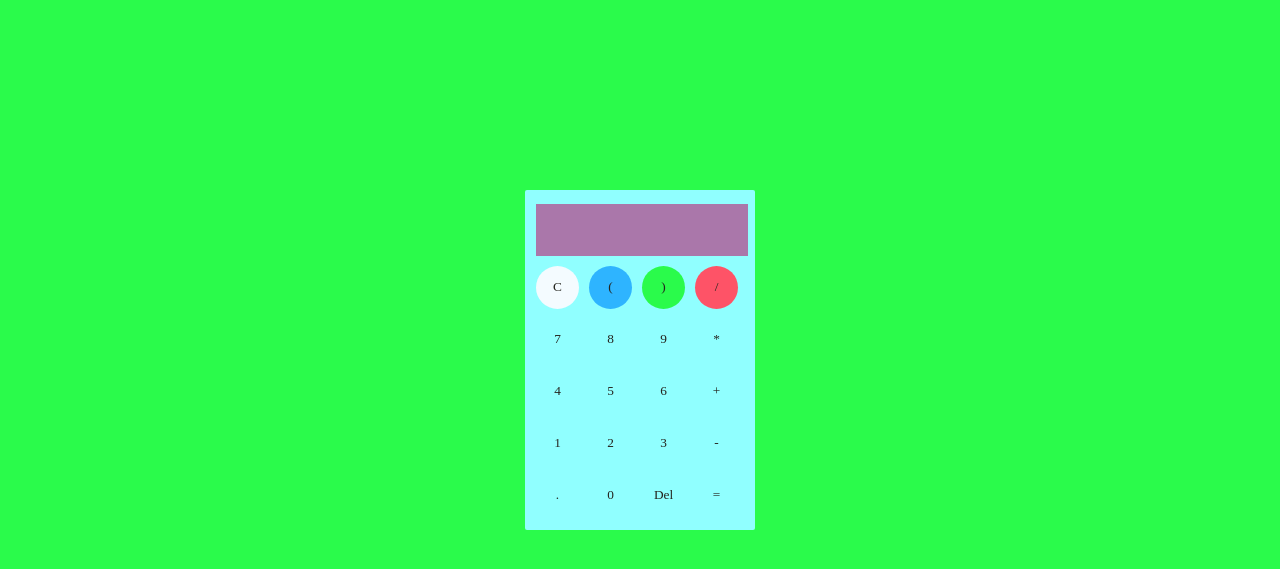
Repository: ServerK001/CalcJsVanilha
Page: index.html
An editor plug-in stored every save of this project. The page is shown before and after the next save, followed by the edit.
The browser window is 1280 px wide. The pictures show the whole page.
Some web fonts or font styles are not loaded; a fallback is used.

Above is the page before, as saved 2022-02-14 22:01:54.

After the next save:
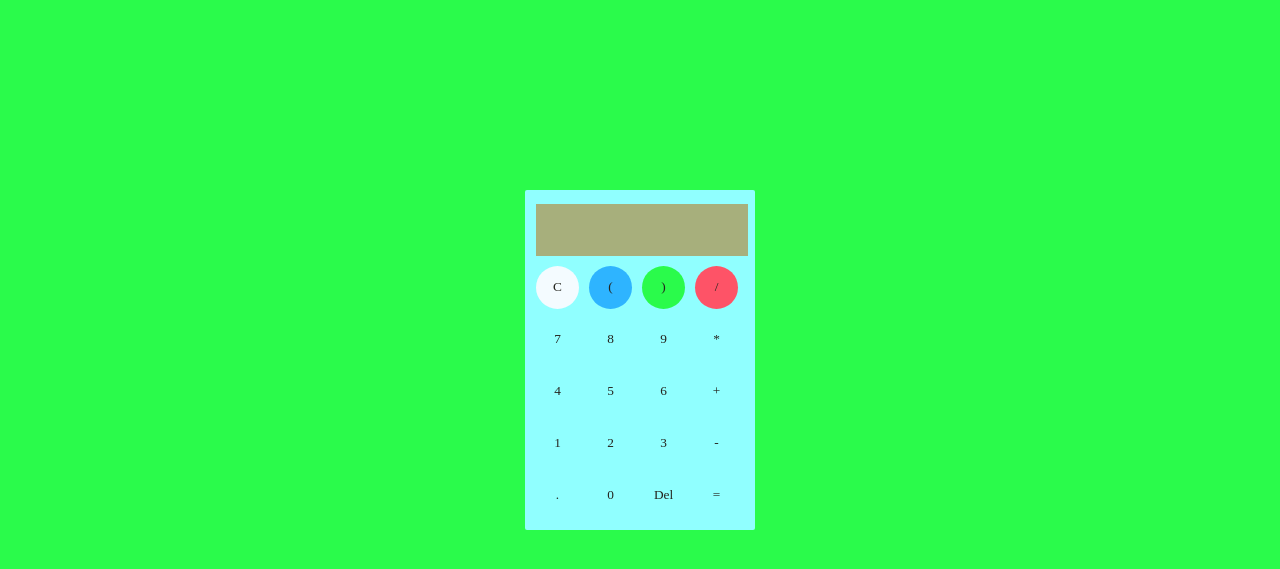
Saved 4 s later.
--- a/style.css
+++ b/style.css
@@ -3,7 +3,7 @@
 :root{
     --btn: #25251f;
     --font-display:#435338;
-    --displayBG:#a7af;
+    --displayBG:#a7af7c;
     --bgCalc:#90FFFF;
     --bgConteiner:#5b5b5b;
 
